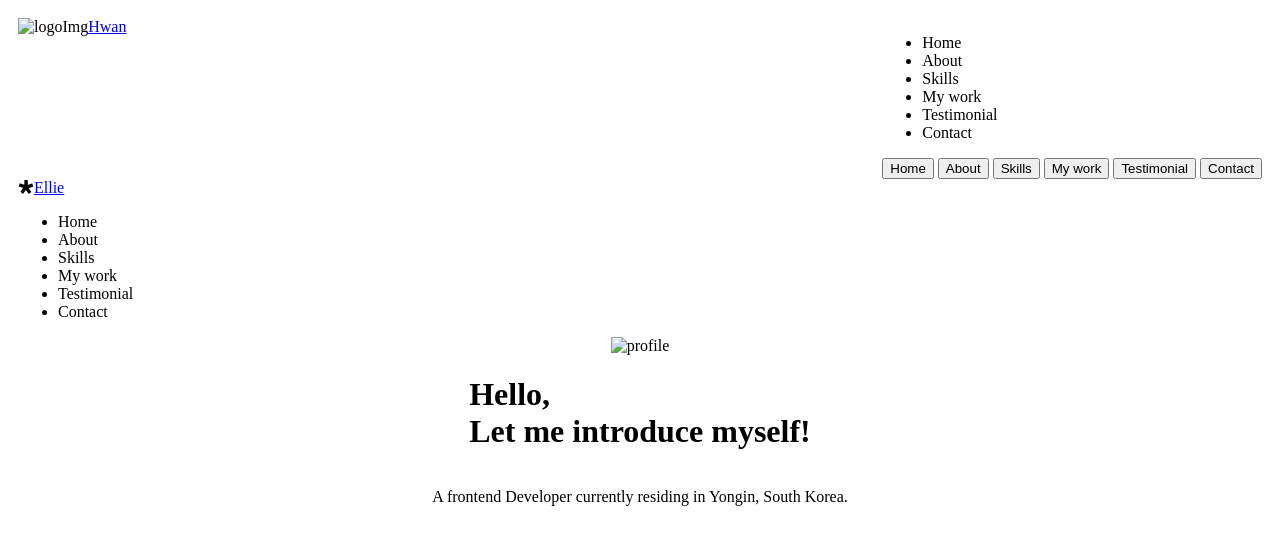
Repository: dhchun1203/Portfolio
Page: index.html
The author's editor kept a copy of each file at every save. The page is drawn from the files as they stood at one save, then again after the next save.
The browser window is 1280 px wide. The pictures show the whole page.
Some web libraries are served in a nearby version.

Above is the page before, as saved 2020-12-02 16:00:45.

### index.html
<!DOCTYPE html>
<html lang="en">
	<head>
		<meta charset="UTF-8" />
		<meta name="viewport" content="width=device-width, initial-scale=1.0" />
		<title>Hwan's Portfolio</title>
		<meta
			name="description"
			content="portfolio for world-renowned software engineer Hwan"
		/>
		<meta name="author" content="Hwan" />
		<link rel="icon" type="image/png" href="imgs/favicon.png" />
		<script
			src="https://kit.fontawesome.com/8b98a99811.js"
			crossorigin="anonymous"
		></script>
		<link rel="preconnect" href="https://fonts.gstatic.com" />
		<link
			href="https://fonts.googleapis.com/css2?family=Open+Sans:wght@400;600;700&display=swap"
			rel="stylesheet"
		/>
		<link rel="stylesheet" href="style.css" />
		<script src="main.js" defer></script>
	</head>
	<body>
		<nav class="navbar">
			<div class="navbar__logo">
				<img src="" alt="logoImg" /><a href="#">Hwan</a>
			</div>
			<div class="navbar__menu">
				<ul class="navbar__menu">
					<li class="navbar__menu__item">Home</li>
					<li class="navbar__menu__item">About</li>
					<li class="navbar__menu__item">Skills</li>
					<li class="navbar__menu__item">My work</li>
					<li class="navbar__menu__item">Testimonial</li>
					<li class="navbar__menu__item">Contact</li>
				</ul>
				<button>Home</button>
				<button>About</button>
				<button>Skills</button>
				<button>My work</button>
				<button>Testimonial</button>
				<button>Contact</button>
			</div>
		</nav>
		<nav id="navbar">
			<div class="navbar__logo">
				<i class="fab fa-diaspora"></i>
				<a href="#">Ellie</a>
			</div>
			<div class="navbar__menu">
				<ul class="navbar__menu">
					<li class="navbar__menu__item">Home</li>
					<li class="navbar__menu__item">About</li>
					<li class="navbar__menu__item">Skills</li>
					<li class="navbar__menu__item">My work</li>
					<li class="navbar__menu__item">Testimonial</li>
					<li class="navbar__menu__item">Contact</li>
				</ul>
			</div>
		</nav>

		<div class="content">
			<div class="content__img"><img src="" alt="profile" /></div>
			<div class="content__title">
				<h1>Hello, <br />Let me introduce myself!</h1>
			</div>
			<div class="content__description">
				<p>A frontend Developer currently residing in Yongin, South Korea.</p>
			</div>
			<div class="content__btn"></div>
		</div>
	</body>
</html>

### style.css
body {
	padding: 10px;
}

.main {
	background-image: url();
}

.content {
	display: flex;
	flex-direction: column;
	align-items: center;
}
.navbar {
	display: flex;
	flex-direction: row;
	justify-content: space-between;
}
.navbar__logo {
	display: flex;
	flex-direction: row;
}

.navbar__btn button {
	border-style: none;
	background: none;
	margin-right: 5px;
}

Loaded but not shown: main.js (no copy from this time; the picture is the same without it)

After the next save:
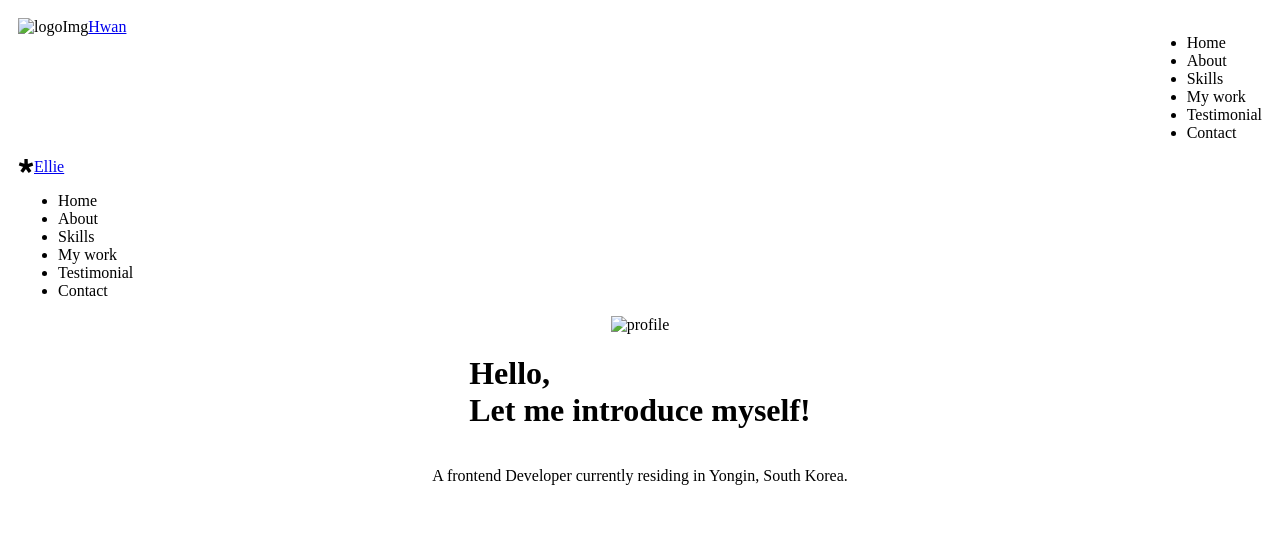
Saved 9 s later.
--- a/index.html
+++ b/index.html
@@ -36,12 +36,6 @@
 					<li class="navbar__menu__item">Testimonial</li>
 					<li class="navbar__menu__item">Contact</li>
 				</ul>
-				<button>Home</button>
-				<button>About</button>
-				<button>Skills</button>
-				<button>My work</button>
-				<button>Testimonial</button>
-				<button>Contact</button>
 			</div>
 		</nav>
 		<nav id="navbar">
